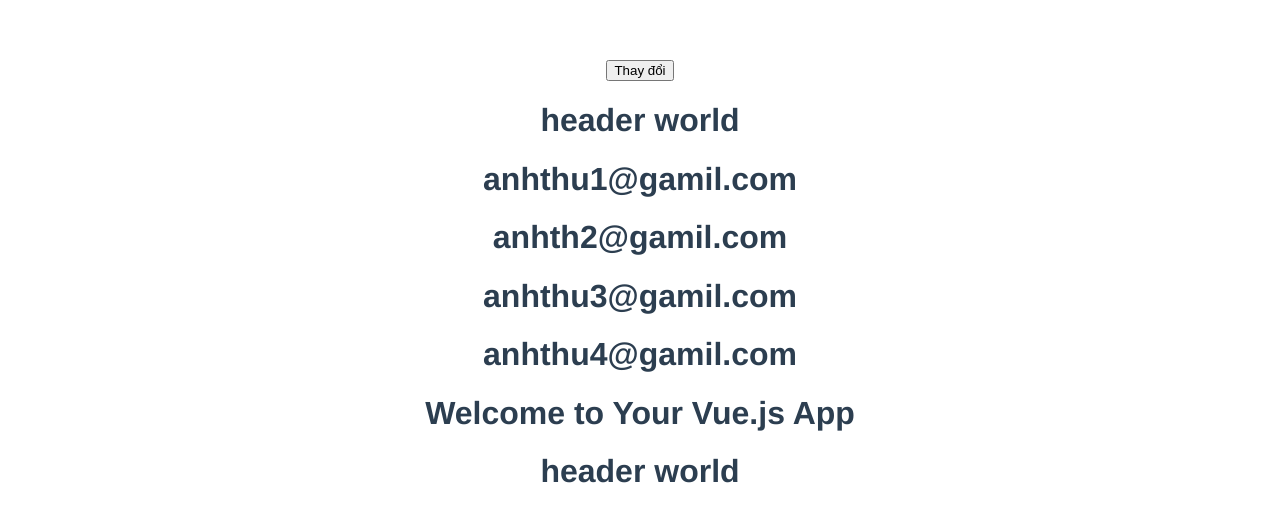
Repository: anhthu112/Todo-list
Page: /
An editor plug-in stored every save of this project. The page is shown before and after the next save, followed by the edit.
The browser window is 1280 px wide. The pictures show the whole page.
The project was rebuilt for these pictures with package versions that can differ from the ones it lists, and the page was loaded fresh each time. Also part of the build but not shown: vue.config.js.

Above is the page before, as saved 2024-01-22 15:37:27.

After the next save:
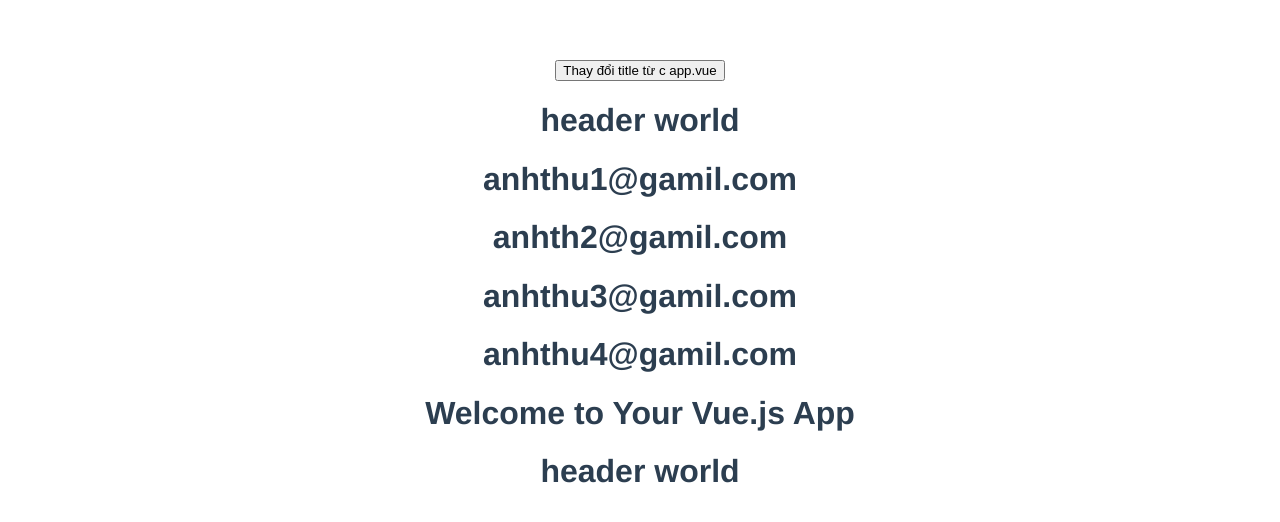
Saved 16 s later.
--- a/src/App.vue
+++ b/src/App.vue
@@ -1,6 +1,6 @@
 <template>
   <div class="container">
-    <button v-on:click="title">Thay đổi </button>
+    <button v-on:click="title">Thay đổi title từ c app.vue</button>
     <CompHeader v-bind:title="title"/>
     <ListUser v-bind:listUser="listUser"/>
     <HelloWorld msg="Welcome to Your Vue.js App"/>
